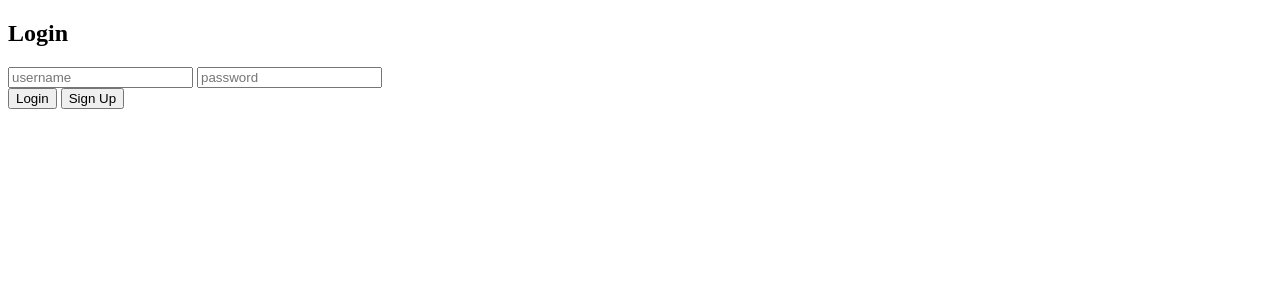
Repository: JohnRudolph1/Movie-Blog
Page: html/login.html
An editor plug-in stored every save of this project. The page is shown before and after a run of saves, followed by the edit.
The browser window is 1280 px wide. The pictures show the whole page.

Above is the page before, as saved 2022-01-03 11:51:10.

After the next 5 saves:
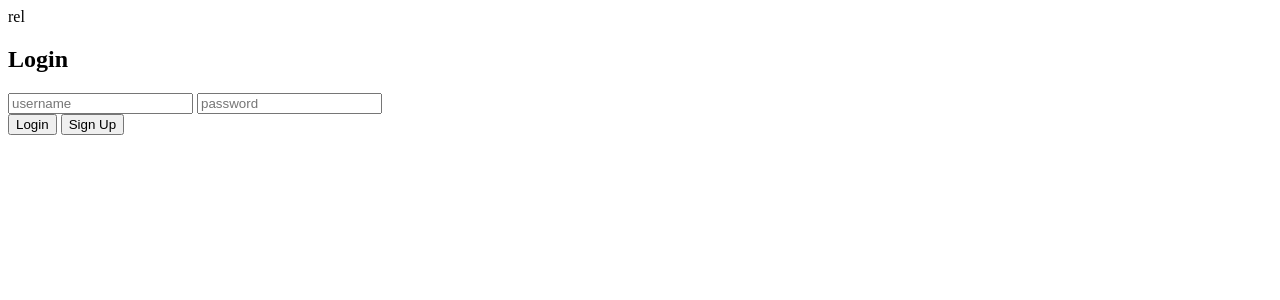
The 5 saves are shown as one change because they came seconds apart.
The last was saved 12 s later.
--- a/html/login.html
+++ b/html/login.html
@@ -4,7 +4,8 @@
     <meta charset="UTF-8">
     <meta http-equiv="X-UA-Compatible" content="IE=edge">
     <meta name="viewport" content="width=device-width, initial-scale=1.0">
-    <title>Login Frm</title>
+    rel
+    <title>Login Form</title>
 
 </head>
 <body>
